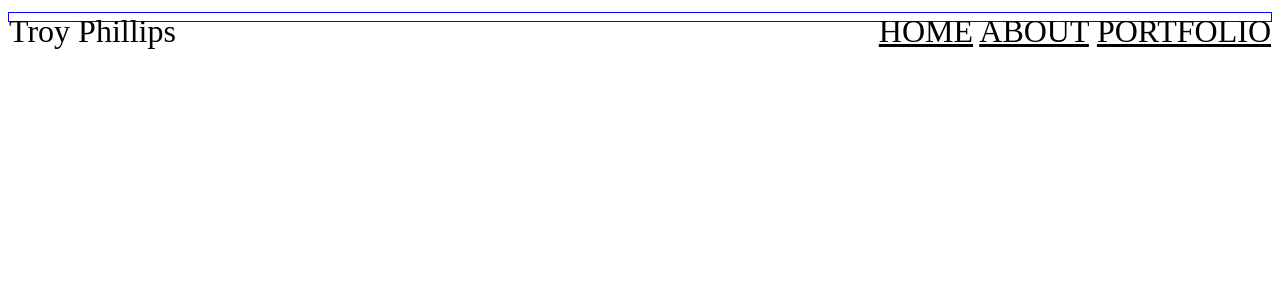
Repository: TheTroyPhillips/Personal-website
Page: index.html
The author's editor kept a copy of each file at every save. The page is drawn from the files as they stood at one save, then again after a run of saves.
The browser window is 1280 px wide. The pictures show the whole page.

Above is the page before, as saved 2023-09-10 22:09:36.

### index.html
<!DOCTYPE html>
<html lang="en">
<head>
    <meta charset="UTF-8">
    <meta name="viewport" content="width=device-width, initial-scale=1.0">
    <title>Document</title>
    <link rel="stylesheet" href="style.css">
</head>
<body>

    <div class="parent">
        <div class="child">
            <span class="myname">Troy Phillips</span>
        <nav class="pages">
            <a class="active" href="/">HOME</a>
            <a href="/about.html">ABOUT</a>
            <a href="/portfolio.html">PORTFOLIO</a>
        </div>

    </div>

</body>
</html>

### style.css
.child{
    width: 100%;
    height: 10px;
    border: 1px solid blue;
    display: inline-block;
    box-sizing: border-box;
}
.myname{
    float: left;
    font-size: 2rem;
}
.pages{
    float: right;
    font-size: 2rem;
}
.pages a.active{
    color: inherit;
}
.pages a{
    color: inherit;
}

After the next 4 saves:
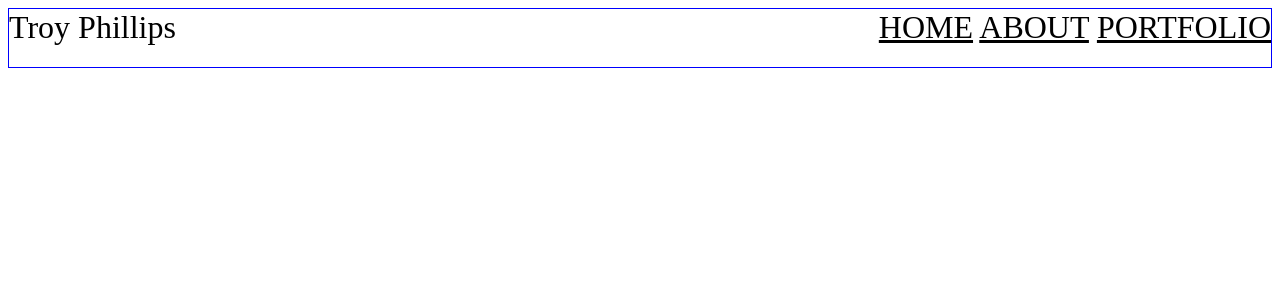
The 4 saves are shown as one change because they came seconds apart.
The last was saved 12 s later.
--- a/style.css
+++ b/style.css
@@ -1,6 +1,6 @@
 .child{
     width: 100%;
-    height: 10px;
+    height: 60px;
     border: 1px solid blue;
     display: inline-block;
     box-sizing: border-box;
